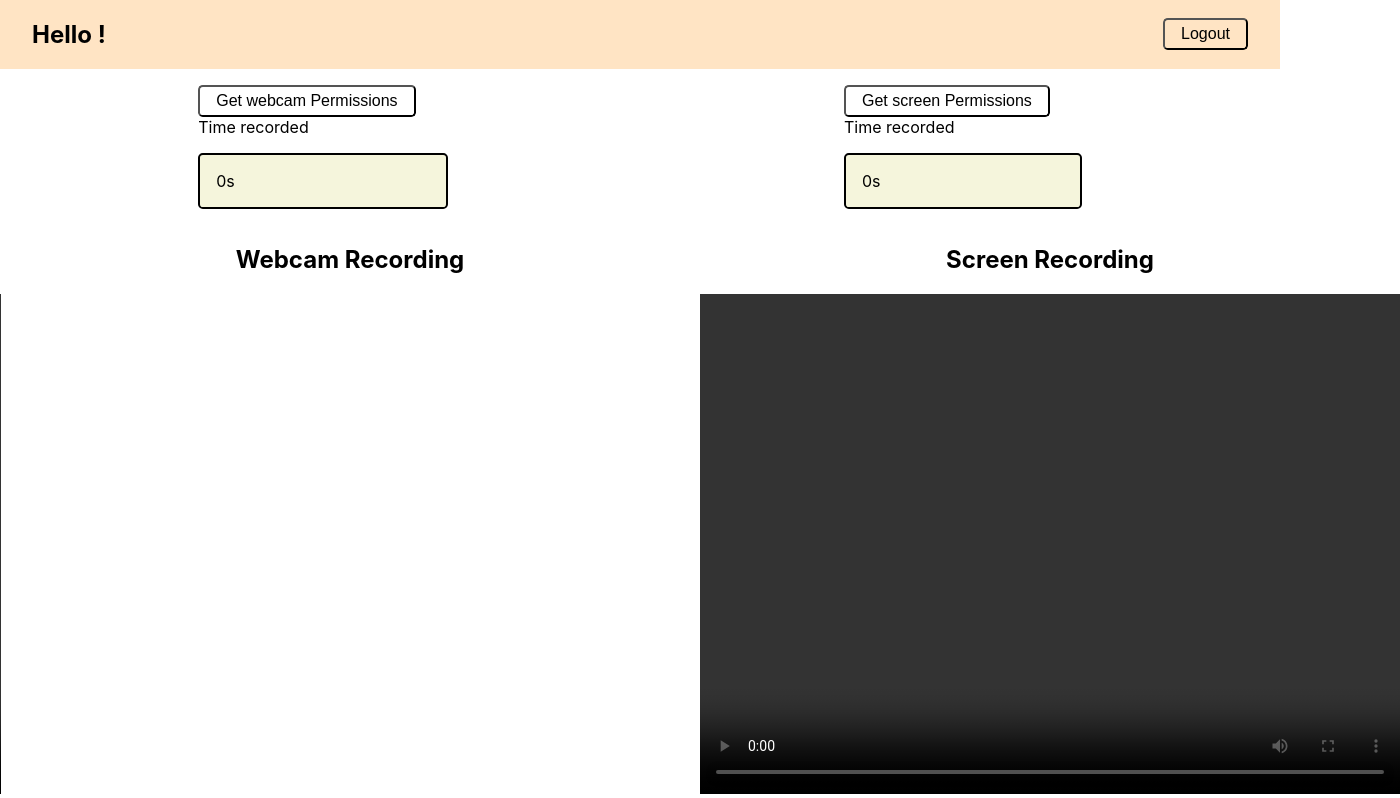
Repository: drumsmanku/test-1
Page: /recording (app in client/)
An editor plug-in stored every save of this project. The page is shown before and after the next save, followed by the edit.
The browser window is 1280 px wide. The page is 1400 px wide, so the pictures cover 1400 px, including what lies to the right of the window. The pictures show the whole page.
The project was rebuilt for these pictures with package versions that can differ from the ones it lists, and the page was loaded fresh each time. Also part of the build but not shown: client/src/App.css, client/src/Components/Login/Login.module.css, client/src/Components/Login/Login.js, client/src/Components/Register/Register.module.css, client/src/Components/Register/Register.js.

Above is the page before, as saved 2023-09-01 15:19:35.

After the next save:
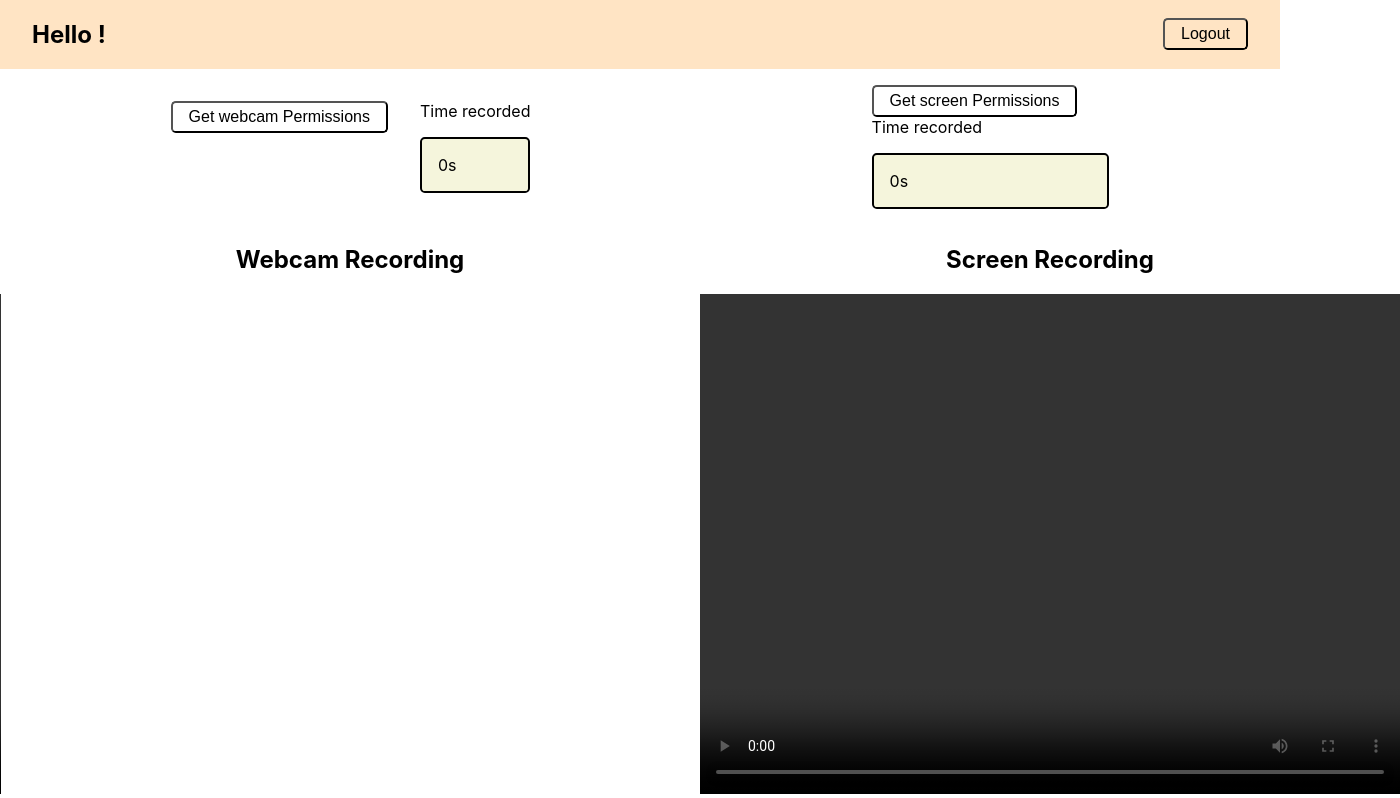
Saved 3 min 34 s later.
--- a/client/src/Components/Recording/Recording.module.css
+++ b/client/src/Components/Recording/Recording.module.css
@@ -29,3 +29,7 @@
   cursor: pointer;
   margin-right: 2rem;
 }
+
+.webButtons{
+  display: flex;
+}
